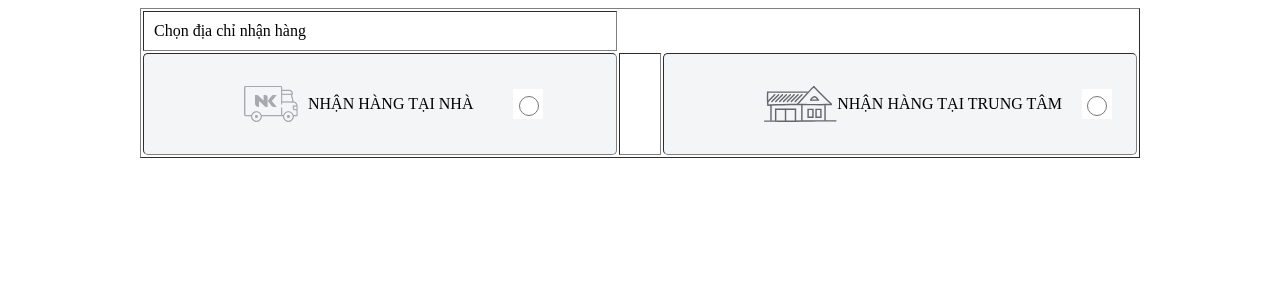
Repository: Tan-Khang21/TH_TKW--Buoi_04
Page: Bai_Tap_Tren_Lop/Bai_03/Bai_03.html
The author's editor kept a copy of each file at every save. The page is drawn from the files as they stood at one save, then again after the next save.
The browser window is 1280 px wide. The pictures show the whole page.

Above is the page before, as saved 2024-03-08 20:37:04.

### Bai_Tap_Tren_Lop/Bai_03/Bai_03.html
<!DOCTYPE html>
<html lang="en">
  <head>
    <meta charset="UTF-8" />
    <meta name="viewport" content="width=device-width, initial-scale=1.0" />
    <link rel="stylesheet" href="style.css" />
    <title>Document</title>
  </head>
  <style>
    #redRadio:checked ~ #icon path {
      fill: #e95851;
    }
    #redRadio:checked ~ label {
      color: #e95851;
      background-color: white;
      border: 2px solid #e95851;
    }
  </style>
  <body>
    <form style="width: 1000px; margin: 0 auto">
      <table border="1px" cellpadding="10px"  style="width: 1000px">
        <tr>
          <td>Chọn địa chỉ nhận hàng</td>
        </tr>
        <tr>
          <td
            style="
              width: 470px;
              box-sizing: border-box;
              border-radius: 5px;
              position: relative;
              z-index: 1;
            "
            bgcolor="#f3f5f7"
            align="left"
          >
            <label
              style="
                width: 100%;
                height: 80px;
                display: flex;
                align-items: center;
                flex-direction: row-reverse;
                justify-content: flex-end;
                position: relative;
                margin: 0 90px;
              "
            >
              <div
                style="
                  width: 30px;
                  height: 30px;
                  background-color: white;
                  margin-left: 40px;
                "
              ></div>

              <input
                class="color1"
                type="radio"
                id="redRadio"
                name="color"
                value="red"
                style="
                  accent-color: #e95851;
                  width: 20px;
                  height: 20px;
                  box-sizing: border-box;
                  position: absolute;
                  transform: translate(270px, 0px);
                "
              />
              <label
                style="
                  transition: 0.2s linear;
                  border-radius: 5px;
                  box-sizing: border-box;
                  width: 475px;
                  height: 102px;
                  position: absolute;
                  z-index: -1;
                  transform: translate(-101px, 0px);
                "
              ></label>
              <label
                style="
                  transition: 0.2s linear;
                  border: 0px solid white;
                  box-sizing: border-box;
                  margin-left: 10px;
                "
                for="redRadio"
                >NHẬN HÀNG TẠI NHÀ</label
              >

              <svg
                style="transition: 0.2s linear"
                id="icon"
                width="54"
                height="36"
                viewBox="0 0 54 36"
                fill="none"
                xmlns="http://www.w3.org/2000/svg"
              >
                <g clip-path="url(#clip0)">
                  <path
                    d="M44.4198 36C41.4513 36 39.0225 33.5712 39.0225 30.6027C39.0225 30.4138 38.8606 30.1709 38.6717 30.1709H18.1889C18 30.1709 17.8381 30.3328 17.8381 30.5217C17.8381 33.5442 15.4093 35.973 12.4408 35.973C9.47226 35.973 7.04348 33.5442 7.04348 30.5757C7.04348 30.3868 6.88156 30.1439 6.69265 30.1439H1.75412C0.944528 30.1439 0.134933 29.5232 0 28.8486V28.6597V1.51124C0 0.674663 0.944528 0 1.75412 0H36.6477C37.4843 0 38.1589 0.674663 38.1589 1.51124V3.50825C38.1589 3.69715 38.3208 3.85907 38.5097 3.85907H45.3643C47.2804 3.85907 48.8186 5.3973 48.8186 7.31334V8.28486C48.8186 8.52774 48.6297 8.77061 48.3868 8.82459C48.2789 8.85157 48.1979 8.90555 48.1439 8.98651C48.09 9.06747 48.09 9.17541 48.09 9.25637L49.6012 15.2744C49.6282 15.4093 49.7631 15.5172 49.8981 15.5442C52.03 15.8681 53.6492 17.7571 53.6492 19.916V29.6042C53.6492 29.901 53.4063 30.1439 53.1095 30.1439H50.1409C49.952 30.1439 49.7901 30.3058 49.7901 30.4948C49.8171 33.5712 47.3883 36 44.4198 36ZM44.4198 26.2849C42.045 26.2849 40.1289 28.2279 40.1289 30.5757C40.1289 32.9235 42.072 34.8666 44.4198 34.8666C46.7946 34.8666 48.7107 32.9505 48.7107 30.5757C48.7107 28.2009 46.7946 26.2849 44.4198 26.2849ZM12.4408 26.2849C10.066 26.2849 8.14993 28.2279 8.14993 30.5757C8.14993 32.9235 10.093 34.8666 12.4408 34.8666C14.7886 34.8666 16.7316 32.9775 16.7316 30.6027C16.7316 28.2279 14.7886 26.2849 12.4408 26.2849ZM44.4198 25.2054C46.7136 25.2054 48.7646 26.6627 49.5202 28.8486C49.5742 28.9835 49.7092 29.0915 49.8711 29.0915H52.2459C52.4348 29.0915 52.5967 28.9295 52.5967 28.7406V24.7196C52.5967 24.5307 52.4348 24.3688 52.2459 24.3688H51.2204C49.8441 24.3688 48.7376 23.2624 48.7376 21.8861V19.943C48.7376 19.6462 48.9805 19.4033 49.2774 19.4033H52.084C52.1919 19.4033 52.2999 19.3493 52.3808 19.2414C52.4348 19.1604 52.4618 19.0255 52.4348 18.9175C52.003 17.5412 50.7077 16.5967 49.2774 16.5967H38.5637C38.3748 16.5967 38.2129 16.7586 38.2129 16.9475V17.973C38.2129 18.2699 37.97 18.5127 37.6732 18.5127C37.3763 18.5127 37.1334 18.2699 37.1334 17.973V1.51124C37.1334 1.32234 36.9175 1.07946 36.7017 1.07946H1.75412C1.56522 1.07946 1.34933 1.32234 1.34933 1.51124V28.6597C1.34933 28.8486 1.56522 29.0915 1.78111 29.0915H7.01649C7.17841 29.0915 7.31334 28.9835 7.36732 28.8486C8.12294 26.6627 10.1739 25.2054 12.4678 25.2054C14.7616 25.2054 16.8126 26.6627 17.5682 28.8486C17.6222 28.9835 17.7571 29.0915 17.919 29.0915H36.7826C36.9715 29.0915 37.1334 28.9295 37.1334 28.7406V21.8861C37.1334 21.5892 37.3763 21.3463 37.6732 21.3463C37.97 21.3463 38.2129 21.5892 38.2129 21.8861V28.7406C38.2129 28.9295 38.3748 29.0915 38.5637 29.0915H38.9955C39.1574 29.0915 39.2924 28.9835 39.3463 28.8486C40.075 26.6627 42.1259 25.2054 44.4198 25.2054ZM50.1679 20.4828C49.979 20.4828 49.8171 20.6447 49.8171 20.8336V21.8591C49.8171 22.6147 50.4378 23.2624 51.2204 23.2624H52.2459C52.4348 23.2624 52.5967 23.1005 52.5967 22.9115V20.8606C52.5967 20.6717 52.4348 20.5097 52.2459 20.5097H50.1679V20.4828ZM38.5367 8.85157C38.3478 8.85157 38.1859 9.01349 38.1859 9.2024V15.1394C38.1859 15.3283 38.3478 15.4903 38.5367 15.4903H48.09C48.1979 15.4903 48.3059 15.4363 48.3868 15.3553C48.4678 15.2744 48.4678 15.1394 48.4408 15.0315L46.9565 9.09445C46.9026 8.93253 46.7676 8.82459 46.6057 8.82459H38.5367V8.85157ZM38.5367 4.96552C38.3478 4.96552 38.1859 5.12744 38.1859 5.31634V7.36732C38.1859 7.55622 38.3478 7.71814 38.5367 7.71814H47.3883C47.5772 7.71814 47.7391 7.55622 47.7391 7.36732C47.7391 6.01799 46.6867 4.93853 45.3643 4.93853H38.5367V4.96552Z"
                    fill="#a6a9ae"
                  />
                  <path
                    d="M44.4198 35.7301C41.5862 35.7301 39.2923 33.4363 39.2923 30.6027C39.2923 30.2789 39.0225 29.9011 38.6716 29.9011H18.1889C17.8381 29.9011 17.5682 30.1979 17.5682 30.5217C17.5682 31.925 17.0285 33.2204 16.0569 34.1919C15.0854 35.1634 13.8171 35.7032 12.4408 35.7032C9.60717 35.7032 7.31331 33.4093 7.31331 30.5757C7.31331 30.2519 7.04345 29.8741 6.69262 29.8741H1.75409C1.07943 29.8741 0.377782 29.3613 0.269836 28.7946V28.6327V1.51125C0.269836 0.836584 1.07943 0.269867 1.75409 0.269867H36.6476C37.3223 0.269867 37.889 0.836584 37.889 1.51125V3.50825C37.889 3.85907 38.1859 4.12894 38.5097 4.12894H45.3643C47.1184 4.12894 48.5487 5.55922 48.5487 7.31335V8.28486C48.5487 8.41979 48.4677 8.52774 48.3328 8.55472C48.1709 8.58171 48.009 8.68966 47.928 8.82459C47.847 8.95952 47.8201 9.14843 47.847 9.31035L49.3583 15.3283C49.4123 15.5712 49.6282 15.7601 49.871 15.8141C51.895 16.1109 53.4063 17.8921 53.4063 19.916V29.6042C53.4063 29.7661 53.2713 29.8741 53.1364 29.8741H50.1679C49.8171 29.8741 49.5472 30.1709 49.5472 30.4948C49.5472 31.8981 49.0075 33.1934 48.036 34.1649C47.0644 35.1904 45.7961 35.7301 44.4198 35.7301ZM44.4198 26.015C41.91 26.015 39.859 28.066 39.859 30.5757C39.859 33.0855 41.91 35.1364 44.4198 35.1364C46.9295 35.1364 48.9805 33.0855 48.9805 30.5757C48.9805 28.066 46.9295 26.015 44.4198 26.015ZM12.4408 26.015C9.93101 26.015 7.88003 28.066 7.88003 30.5757C7.88003 33.0855 9.93101 35.1364 12.4408 35.1364C14.9505 35.1364 17.0015 33.1124 17.0015 30.6027C17.0015 28.066 14.9505 26.015 12.4408 26.015ZM44.4198 25.4753C46.6057 25.4753 48.5487 26.8516 49.2503 28.9295C49.3313 29.1724 49.5742 29.3613 49.844 29.3613H52.2189C52.5697 29.3613 52.8396 29.0645 52.8396 28.7406V24.7196C52.8396 24.3688 52.5427 24.099 52.2189 24.099H51.1934C49.979 24.099 48.9805 23.1005 48.9805 21.8861V19.943C48.9805 19.7811 49.1154 19.6732 49.2503 19.6732H52.0839C52.2728 19.6732 52.4887 19.5652 52.5967 19.4033C52.7046 19.2414 52.7586 19.0255 52.6776 18.8366C52.1919 17.3523 50.8156 16.3268 49.2503 16.3268H38.5367C38.1859 16.3268 37.916 16.6237 37.916 16.9475V17.973C37.916 18.1349 37.7811 18.2429 37.6461 18.2429C37.4842 18.2429 37.3763 18.1079 37.3763 17.973V1.51125C37.3763 1.16042 37.0255 0.809597 36.6746 0.809597H1.75409C1.40327 0.809597 1.07943 1.16042 1.07943 1.51125V28.6597C1.07943 29.0105 1.43026 29.3613 1.78108 29.3613H7.01646C7.28633 29.3613 7.52921 29.1994 7.61017 28.9295C8.3388 26.8516 10.2818 25.4753 12.4408 25.4753C14.6267 25.4753 16.5697 26.8516 17.2713 28.9295C17.3523 29.1724 17.5952 29.3613 17.865 29.3613H36.7286C37.0794 29.3613 37.3493 29.0645 37.3493 28.7406V21.8861C37.3493 21.7241 37.4842 21.6162 37.6192 21.6162C37.7541 21.6162 37.889 21.7511 37.889 21.8861V28.7406C37.889 29.0915 38.1859 29.3613 38.5097 29.3613H38.9415C39.2114 29.3613 39.4542 29.1994 39.5352 28.9295C40.2908 26.8516 42.2339 25.4753 44.4198 25.4753ZM50.1679 20.2129C49.8171 20.2129 49.5472 20.5097 49.5472 20.8336V21.8591C49.5472 22.7766 50.3028 23.5322 51.2204 23.5322H52.2458C52.5967 23.5322 52.8665 23.2354 52.8665 22.9115V20.8606C52.8665 20.5097 52.5697 20.2399 52.2458 20.2399H50.1679V20.2129ZM38.5367 8.58171C38.1859 8.58171 37.916 8.87856 37.916 9.2024V15.1394C37.916 15.4903 38.2129 15.7601 38.5367 15.7601H48.0899C48.2788 15.7601 48.4677 15.6792 48.6027 15.5172C48.7106 15.3553 48.7646 15.1664 48.7106 14.9775L47.2264 9.04048C47.1454 8.77062 46.9025 8.55472 46.6057 8.55472H38.5367V8.58171ZM38.5367 4.69565C38.1859 4.69565 37.916 4.99251 37.916 5.31634V7.36732C37.916 7.71814 38.2129 7.98801 38.5367 7.98801H47.3883C47.7391 7.98801 48.009 7.69116 48.009 7.36732C48.009 5.85607 46.8485 4.66867 45.3643 4.66867H38.5367V4.69565Z"
                    fill="#a6a9ae"
                  />
                  <path
                    d="M12.4408 32.114C11.6042 32.114 10.9296 31.4393 10.9296 30.6027C10.9296 29.7661 11.6042 29.0915 12.4408 29.0915C13.2774 29.0915 13.9521 29.7661 13.9521 30.6027C13.9521 31.4393 13.2774 32.114 12.4408 32.114Z"
                    fill="#a6a9ae"
                  />
                  <path
                    d="M12.4408 31.8441C11.7661 31.8441 11.1994 31.2774 11.1994 30.6027C11.1994 29.928 11.7661 29.3613 12.4408 29.3613C13.1154 29.3613 13.6822 29.928 13.6822 30.6027C13.6822 31.2774 13.1154 31.8441 12.4408 31.8441Z"
                    fill="#a6a9ae"
                  />
                  <path
                    d="M44.4198 32.114C43.5832 32.114 42.9086 31.4393 42.9086 30.6027C42.9086 29.7661 43.5832 29.0915 44.4198 29.0915C45.2564 29.0915 45.9311 29.7661 45.9311 30.6027C45.9311 31.4393 45.2564 32.114 44.4198 32.114Z"
                    fill="#a6a9ae"
                  />
                  <path
                    d="M44.4198 31.8441C43.7451 31.8441 43.1784 31.2774 43.1784 30.6027C43.1784 29.928 43.7451 29.3613 44.4198 29.3613C45.0944 29.3613 45.6612 29.928 45.6612 30.6027C45.6612 31.2774 45.0944 31.8441 44.4198 31.8441Z"
                    fill="#a6a9ae"
                  />
                  <path
                    d="M15.0767 14.8238V20.9712C14.8826 21.0359 14.6884 20.9712 14.559 20.9712C14.1061 20.9712 13.7178 20.9065 13.2648 20.7771C12.0354 20.3889 11.3235 19.5476 11.1294 18.3182C11.0647 17.9299 11 17.5416 11 17.2181C11 14.565 11 11.9119 11 9.32355V9C11.0647 9 11.0647 9 11.1294 9C11.7118 9 12.2942 9 12.8766 9.06471C13.2001 9.06471 13.5237 9.12942 13.7825 9.25884C14.0413 9.32355 14.2355 9.51768 14.4296 9.64709C16.0473 11.2001 17.7298 12.8179 19.3475 14.3709C19.4122 14.4356 19.4769 14.5003 19.5416 14.565C19.6063 14.5003 19.6064 14.4356 19.6064 14.3709C19.6064 13.7885 19.6064 13.2061 19.6064 12.6237V9.25884V9C20.1887 9 20.7711 9 21.2888 9C21.5476 9 21.8712 9.06471 22.13 9.12942C22.9712 9.32355 23.4242 9.84122 23.5536 10.6824C23.6183 10.9413 23.6183 11.2001 23.6183 11.459C23.6183 12.6237 23.6183 13.7885 23.6183 14.9533C23.6183 16.8945 23.6183 18.9005 23.6183 20.8418C23.6183 20.9065 23.6183 20.9065 23.6183 20.9712H23.5536C22.8418 20.9712 22.1947 20.9065 21.5476 20.7124C21.1594 20.583 20.8358 20.3889 20.577 20.13C19.2181 18.8358 17.8592 17.5416 16.5003 16.2475C16.0473 15.7945 15.5944 15.4062 15.1414 14.9533C15.2061 14.9533 15.1414 14.8886 15.0767 14.8238Z"
                    fill="#a6a9ae"
                  />
                  <path
                    d="M32.807 20.9712C32.7423 20.9712 32.6776 20.9712 32.6776 20.9712C31.6423 20.9712 30.6069 20.9712 29.5716 20.9712C29.3127 20.9712 29.0539 20.9065 28.8598 20.8418C28.3421 20.7124 27.9538 20.3889 27.6303 20.0006C26.4008 18.3182 25.1713 16.7004 23.8771 15.018L23.8124 14.9533C24.0713 14.6297 24.2654 14.2415 24.5242 13.9179C25.4302 12.6237 26.4008 11.3942 27.4362 10.1648C27.5009 10.0354 27.695 9.84122 27.8244 9.64709C28.2127 9.25884 28.6656 9.06471 29.1833 9C29.4422 9 29.7657 9 30.0245 9C30.8658 9 31.707 9 32.4835 9H32.7423C31.0599 10.9413 29.3774 12.8826 27.8244 15.018C29.5069 17.024 31.1246 18.9652 32.807 20.9712Z"
                    fill="#a6a9ae"
                  />
                </g>
                <defs>
                  <clipPath id="clip0">
                    <rect width="53.7032" height="36" fill="white" />
                  </clipPath>
                </defs>
              </svg>
            </label>
          </td>

          <td style="width: 20px"></td>

          <td
            style="
              width: 470px;
              border-radius: 5px;
              position: relative;
              z-index: 1;
              box-sizing: border-box;
            "
            bgcolor="#f3f5f7"
            align="left"
          >
            <label
              style="
                width: 100%;
                height: 80px;
                display: flex;
                align-items: center;
                flex-direction: row-reverse;
                justify-content: flex-end;
                position: relative;
                margin: 0 90px;
              "
            >
              <div
                style="
                  width: 30px;
                  height: 30px;
                  background-color: white;
                  margin-left: 20px;
                "
              ></div>

              <input
                class="color1"
                type="radio"
                id="redRadio"
                name="color"
                value="red"
                style="
                  accent-color: red;
                  width: 20px;
                  height: 20px;
                  box-sizing: border-box;
                  position: absolute;
                  transform: translate(318px, 0px);
                "
              />
              <label
                id="td1"
                style="
                  transition: 0.2s linear;
                  border-radius: 5px;
                  box-sizing: border-box;
                  width: 475px;
                  height: 102px;
                  position: absolute;
                  z-index: -1;
                  transform: translate(-101px, 0px);
                "
              ></label>
              <label
                style="
                  transition: 0.2s linear;
                  border: 0px solid white;
                  box-sizing: border-box;
                "
                for="redRadio"
                >NHẬN HÀNG TẠI TRUNG TÂM</label
              >

              <svg
                style="transition: 0.2s linear"
                id="icon"
                width="73"
                height="36"
                viewBox="0 0 73 36"
                fill="none"
                xmlns="http://www.w3.org/2000/svg"
              >
                <g clip-path="none">
                  <path
                    fill-rule="evenodd"
                    clip-rule="evenodd"
                    d="M61.0559 18.072C61.4536 18.072 61.7759 18.3944 61.7759 18.792V34.344C61.7759 34.7417 61.4536 35.064 61.0559 35.064C60.6583 35.064 60.3359 34.7417 60.3359 34.344V18.792C60.3359 18.3944 60.6583 18.072 61.0559 18.072Z"
                    fill="#64686E"
                  />
                  <path
                    fill-rule="evenodd"
                    clip-rule="evenodd"
                    d="M37.872 18.072C38.2696 18.072 38.592 18.3944 38.592 18.792V34.344C38.592 34.7417 38.2696 35.064 37.872 35.064C37.4743 35.064 37.152 34.7417 37.152 34.344V18.792C37.152 18.3944 37.4743 18.072 37.872 18.072Z"
                    fill="#64686E"
                  />
                  <path
                    fill-rule="evenodd"
                    clip-rule="evenodd"
                    d="M6.98404 18.576C7.38168 18.576 7.70404 18.8983 7.70404 19.296V34.344C7.70404 34.7416 7.38168 35.064 6.98404 35.064C6.58639 35.064 6.26404 34.7416 6.26404 34.344V19.296C6.26404 18.8983 6.58639 18.576 6.98404 18.576Z"
                    fill="#64686E"
                  />
                  <path
                    fill-rule="evenodd"
                    clip-rule="evenodd"
                    d="M31.464 22.392C31.8617 22.392 32.184 22.7144 32.184 23.112V34.776C32.184 35.1736 31.8617 35.496 31.464 35.496C31.0664 35.496 30.744 35.1736 30.744 34.776V23.112C30.744 22.7144 31.0664 22.392 31.464 22.392Z"
                    fill="#64686E"
                  />
                  <path
                    fill-rule="evenodd"
                    clip-rule="evenodd"
                    d="M21.528 22.392C21.9256 22.392 22.248 22.7144 22.248 23.112V34.776C22.248 35.1736 21.9256 35.496 21.528 35.496C21.1303 35.496 20.808 35.1736 20.808 34.776V23.112C20.808 22.7144 21.1303 22.392 21.528 22.392Z"
                    fill="#64686E"
                  />
                  <path
                    fill-rule="evenodd"
                    clip-rule="evenodd"
                    d="M11.664 22.392C12.0616 22.392 12.384 22.7144 12.384 23.112V34.776C12.384 35.1736 12.0616 35.496 11.664 35.496C11.2663 35.496 10.944 35.1736 10.944 34.776V23.112C10.944 22.7144 11.2663 22.392 11.664 22.392Z"
                    fill="#64686E"
                  />
                  <path
                    fill-rule="evenodd"
                    clip-rule="evenodd"
                    d="M11.016 23.184C11.016 22.7863 11.3383 22.464 11.736 22.464H31.464C31.8616 22.464 32.184 22.7863 32.184 23.184C32.184 23.5816 31.8616 23.904 31.464 23.904H11.736C11.3383 23.904 11.016 23.5816 11.016 23.184Z"
                    fill="#64686E"
                  />
                  <path
                    fill-rule="evenodd"
                    clip-rule="evenodd"
                    d="M46.8328 34.3073C56.301 34.2148 65.1955 34.128 71.928 34.128C72.3256 34.128 72.648 34.4503 72.648 34.848C72.648 35.2456 72.3256 35.568 71.928 35.568C65.227 35.568 56.3516 35.6546 46.8934 35.7469C30.48 35.907 12.3116 36.0843 0.705832 35.8558C0.308264 35.848 -0.00768382 35.5194 0.000142308 35.1218C0.00796844 34.7243 0.336605 34.4083 0.734173 34.4161C12.3235 34.6443 30.4382 34.4674 46.8328 34.3073Z"
                    fill="#64686E"
                  />
                  <path
                    fill-rule="evenodd"
                    clip-rule="evenodd"
                    d="M44.4522 17.9103C52.0426 17.9843 59.3241 18.0553 67.3742 17.8562C67.7717 17.8464 68.1019 18.1607 68.1117 18.5582C68.1216 18.9557 67.8073 19.2859 67.4098 19.2958C59.3325 19.4956 52.0202 19.4242 44.4263 19.3501C42.4277 19.3306 40.4095 19.311 38.3527 19.296C28.478 19.224 17.6928 19.26 3.85145 19.9431C3.45429 19.9627 3.11644 19.6566 3.09684 19.2595C3.07724 18.8623 3.38331 18.5245 3.78047 18.5049C17.6591 17.8199 28.4739 17.784 38.3632 17.856C40.4275 17.8711 42.4506 17.8908 44.4522 17.9103Z"
                    fill="#64686E"
                  />
                  <path
                    fill-rule="evenodd"
                    clip-rule="evenodd"
                    d="M49.399 0.199049C49.6867 -0.0754362 50.1425 -0.0647127 50.417 0.223001C56.3827 6.47622 62.9262 12.8761 67.533 17.3389C67.8186 17.6155 67.8258 18.0714 67.5492 18.357C67.2725 18.6426 66.8167 18.6498 66.5311 18.3731C61.9218 13.9079 55.3614 7.49179 49.3751 1.217C49.1006 0.929287 49.1113 0.473535 49.399 0.199049Z"
                    fill="#64686E"
                  />
                  <path
                    fill-rule="evenodd"
                    clip-rule="evenodd"
                    d="M50.4783 0.296506C50.7122 0.618096 50.6411 1.0684 50.3195 1.30228C49.556 1.85756 48.5888 2.68872 47.9832 3.36164L47.9797 3.36548L47.9797 3.36546C45.7118 5.84936 43.4619 8.31526 41.2119 10.7813L41.2048 10.789C38.9572 13.2524 36.7095 15.716 34.4437 18.1975C34.1756 18.4911 33.7202 18.5118 33.4265 18.2437C33.1329 17.9756 33.1122 17.5202 33.3803 17.2265C35.647 14.744 37.8957 12.2794 40.1445 9.81469L40.1481 9.8107C42.3976 7.34532 44.6471 4.87984 46.9146 2.39636C47.605 1.62972 48.6528 0.733904 49.4725 0.1377C49.7941 -0.0961838 50.2444 -0.0250837 50.4783 0.296506Z"
                    fill="#64686E"
                  />
                  <path
                    fill-rule="evenodd"
                    clip-rule="evenodd"
                    d="M3.16797 6.11999C3.16797 5.72235 3.49032 5.39999 3.88797 5.39999H43.416C43.8136 5.39999 44.136 5.72235 44.136 6.11999C44.136 6.51764 43.8136 6.83999 43.416 6.83999H3.88797C3.49032 6.83999 3.16797 6.51764 3.16797 6.11999Z"
                    fill="#64686E"
                  />
                  <path
                    fill-rule="evenodd"
                    clip-rule="evenodd"
                    d="M3.72521 5.54598C4.12177 5.57535 4.41943 5.92064 4.39006 6.3172C4.10576 10.1552 4.24731 14.5798 4.53406 18.4508C4.56343 18.8474 4.26577 19.1927 3.86921 19.222C3.47265 19.2514 3.12736 18.9538 3.09799 18.5572C2.80874 14.6523 2.66228 10.1489 2.95399 6.21082C2.98336 5.81426 3.32865 5.5166 3.72521 5.54598Z"
                    fill="#64686E"
                  />
                  <path
                    fill-rule="evenodd"
                    clip-rule="evenodd"
                    d="M57.6008 31.9613H51.3368V22.6733H57.6008V31.9613ZM56.1608 30.5213V24.1133H52.7768V30.5213H56.1608Z"
                    fill="#64686E"
                  />
                  <path
                    fill-rule="evenodd"
                    clip-rule="evenodd"
                    d="M49.65 31.9613H43.386V22.6733H49.65V31.9613ZM48.21 30.5213V24.1133H44.826V30.5213H48.21Z"
                    fill="#64686E"
                  />
                  <path
                    fill-rule="evenodd"
                    clip-rule="evenodd"
                    d="M48.5982 10.6814C49.4518 10.172 50.4491 9.96944 51.3988 10.2544L51.4093 10.2575L51.4196 10.261C51.7018 10.355 52.0437 10.5274 52.3048 10.7006C53.2257 11.2886 53.9514 12.1889 54.4279 13.142C54.6058 13.4977 54.4616 13.9302 54.1059 14.108C53.7503 14.2858 53.3178 14.1417 53.14 13.786C52.7536 13.0133 52.1855 12.3315 51.5254 11.9114L51.5189 11.9073L51.5126 11.9031C51.3463 11.7922 51.122 11.6813 50.9742 11.6304C50.4895 11.4888 49.9106 11.5733 49.3304 11.9214L49.3217 11.9266L49.3129 11.9315C48.3399 12.4789 47.6883 13.3776 47.5101 14.4464C47.4448 14.8386 47.0738 15.1036 46.6816 15.0382C46.2893 14.9728 46.0244 14.6019 46.0897 14.2096C46.3431 12.6897 47.2719 11.4306 48.5982 10.6814Z"
                    fill="#64686E"
                  />
                  <path
                    fill-rule="evenodd"
                    clip-rule="evenodd"
                    d="M55.2949 13.9269C55.3176 14.3239 55.0141 14.6641 54.6171 14.6868C52.0766 14.832 49.6113 14.832 47.0978 14.832H47.088C46.6904 14.832 46.368 14.5097 46.368 14.112C46.368 13.7144 46.6904 13.392 47.088 13.392C49.6112 13.392 52.0388 13.3918 54.535 13.2492C54.932 13.2265 55.2722 13.5299 55.2949 13.9269Z"
                    fill="#64686E"
                  />
                  <path
                    fill-rule="evenodd"
                    clip-rule="evenodd"
                    d="M38.453 8.20289C38.7342 8.48406 38.7342 8.93994 38.453 9.22112L31.685 15.9891C31.4039 16.2703 30.948 16.2703 30.6668 15.9891C30.3856 15.7079 30.3856 15.2521 30.6668 14.9709L37.4348 8.20289C37.716 7.92171 38.1719 7.92171 38.453 8.20289Z"
                    fill="#64686E"
                  />
                  <path
                    fill-rule="evenodd"
                    clip-rule="evenodd"
                    d="M34.5651 8.20289C34.8463 8.48406 34.8463 8.93994 34.5651 9.22112L27.7971 15.9891C27.5159 16.2703 27.0601 16.2703 26.7789 15.9891C26.4977 15.7079 26.4977 15.2521 26.7789 14.9709L33.5469 8.20289C33.8281 7.92171 34.2839 7.92171 34.5651 8.20289Z"
                    fill="#64686E"
                  />
                  <path
                    fill-rule="evenodd"
                    clip-rule="evenodd"
                    d="M30.6772 8.20289C30.9584 8.48406 30.9584 8.93994 30.6772 9.22112L23.9092 15.9891C23.628 16.2703 23.1721 16.2703 22.8909 15.9891C22.6098 15.7079 22.6098 15.2521 22.8909 14.9709L29.6589 8.20289C29.9401 7.92171 30.396 7.92171 30.6772 8.20289Z"
                    fill="#64686E"
                  />
                  <path
                    fill-rule="evenodd"
                    clip-rule="evenodd"
                    d="M26.7891 8.20289C27.0703 8.48406 27.0703 8.93994 26.7891 9.22112L20.0211 15.9891C19.7399 16.2703 19.2841 16.2703 19.0029 15.9891C18.7217 15.7079 18.7217 15.2521 19.0029 14.9709L25.7709 8.20289C26.0521 7.92171 26.5079 7.92171 26.7891 8.20289Z"
                    fill="#64686E"
                  />
                  <path
                    fill-rule="evenodd"
                    clip-rule="evenodd"
                    d="M22.9012 8.20289C23.1823 8.48406 23.1823 8.93994 22.9012 9.22112L16.1332 15.9891C15.852 16.2703 15.3961 16.2703 15.1149 15.9891C14.8338 15.7079 14.8338 15.2521 15.1149 14.9709L21.8829 8.20289C22.1641 7.92171 22.62 7.92171 22.9012 8.20289Z"
                    fill="#64686E"
                  />
                  <path
                    fill-rule="evenodd"
                    clip-rule="evenodd"
                    d="M19.0131 8.20289C19.2943 8.48406 19.2943 8.93994 19.0131 9.22112L12.2451 15.9891C11.9639 16.2703 11.5081 16.2703 11.2269 15.9891C10.9457 15.7079 10.9457 15.2521 11.2269 14.9709L17.9949 8.20289C18.2761 7.92171 18.7319 7.92171 19.0131 8.20289Z"
                    fill="#64686E"
                  />
                  <path
                    fill-rule="evenodd"
                    clip-rule="evenodd"
                    d="M15.1252 8.20289C15.4063 8.48406 15.4063 8.93994 15.1252 9.22112L8.35717 15.9891C8.07599 16.2703 7.62011 16.2703 7.33893 15.9891C7.05776 15.7079 7.05776 15.2521 7.33893 14.9709L14.1069 8.20289C14.3881 7.92171 14.844 7.92171 15.1252 8.20289Z"
                    fill="#64686E"
                  />
                  <path
                    fill-rule="evenodd"
                    clip-rule="evenodd"
                    d="M11.2371 8.20289C11.5183 8.48406 11.5183 8.93994 11.2371 9.22112L4.46911 15.9891C4.18793 16.2703 3.73205 16.2703 3.45087 15.9891C3.1697 15.7079 3.1697 15.2521 3.45087 14.9709L10.2189 8.20289C10.5001 7.92171 10.9559 7.92171 11.2371 8.20289Z"
                    fill="#64686E"
                  />
                </g>
                <defs>
                  <clipPath id="clip0">
                    <rect width="72.648" height="36" fill="white" />
                  </clipPath>
                </defs>
              </svg>
            </label>
          </td>
        </tr>


      </table>
    </form>
  </body>
</html>

### Bai_Tap_Tren_Lop/Bai_03/style.css
#label {
    color: black; /* Màu chữ mặc định */
}

#myCheckbox:checked + #label {
    color: red; /* Màu chữ thay đổi khi checkbox được check */
}

After the next save:
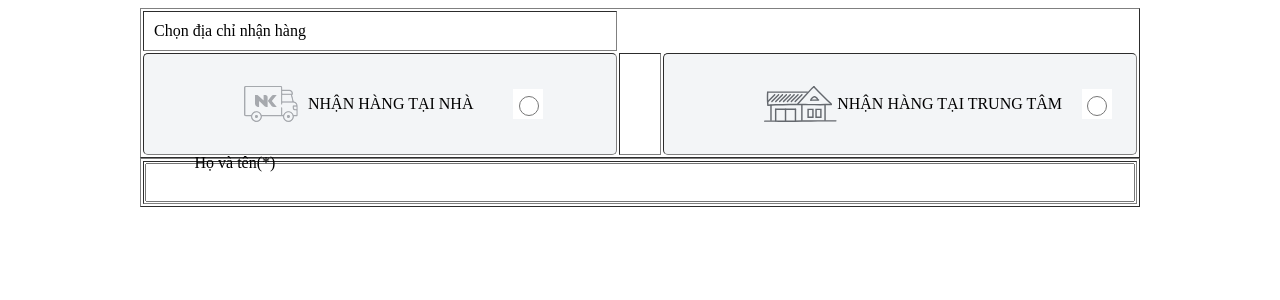
Saved 64 s later.
--- a/Bai_Tap_Tren_Lop/Bai_03/Bai_03.html
+++ b/Bai_Tap_Tren_Lop/Bai_03/Bai_03.html
@@ -387,8 +387,14 @@
             </label>
           </td>
         </tr>
-
-
+      </table>
+      <table border="1px" style="width: 1000px">
+        <tr>
+          <td>
+            <div style="position: relative;"><span style="position: absolute; left: 5%; transform: translateY(-50%);"> Họ và tên<span>(*)</span></span>
+            <input style=" width: 100%; box-sizing: border-box; padding: 10px 0px;" type="text"></div>
+          </td>
+        </tr>
       </table>
     </form>
   </body>
